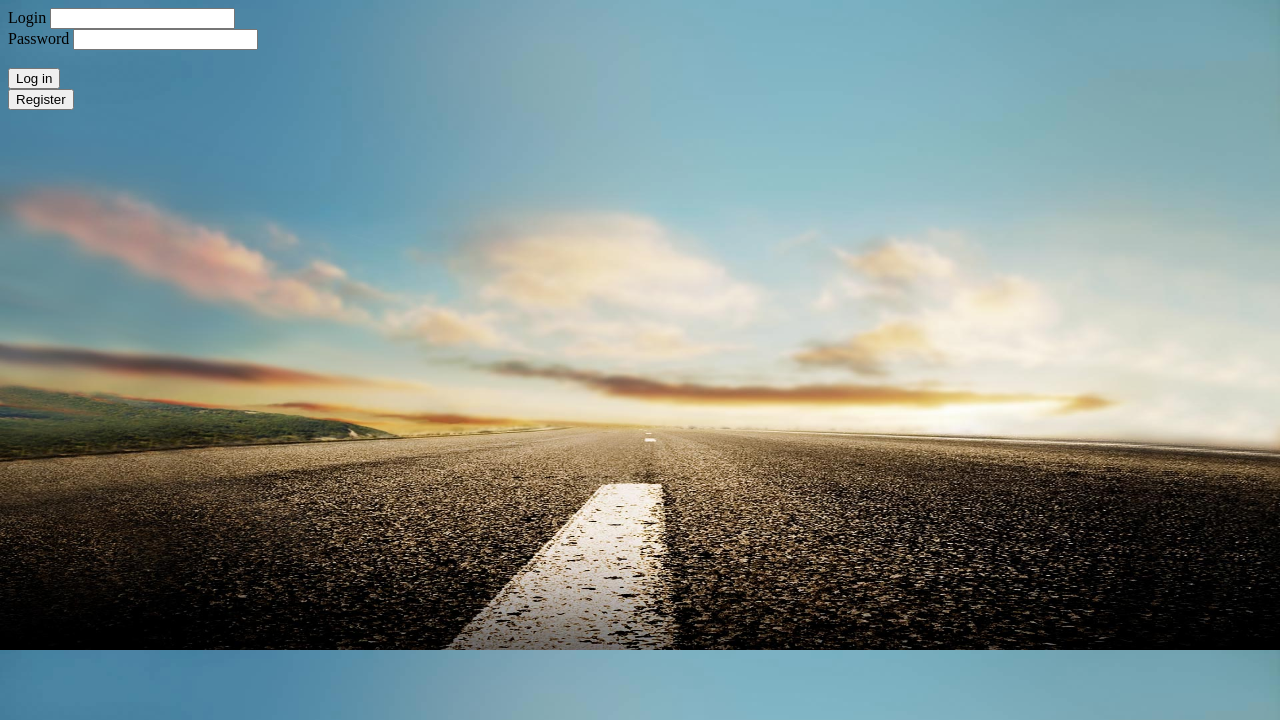
Repository: zlenyk/wrzucak
Page: http://localhost/Shop/index.html
The author's editor kept a copy of each file at every save. The page is drawn from the files as they stood at one save, then again after the next save.
The browser window is 1280 px wide. The pictures show the whole page.
The page is served by Tomcat 9.

Above is the page before, as saved 2013-09-24 10:31:53.

After the next save:
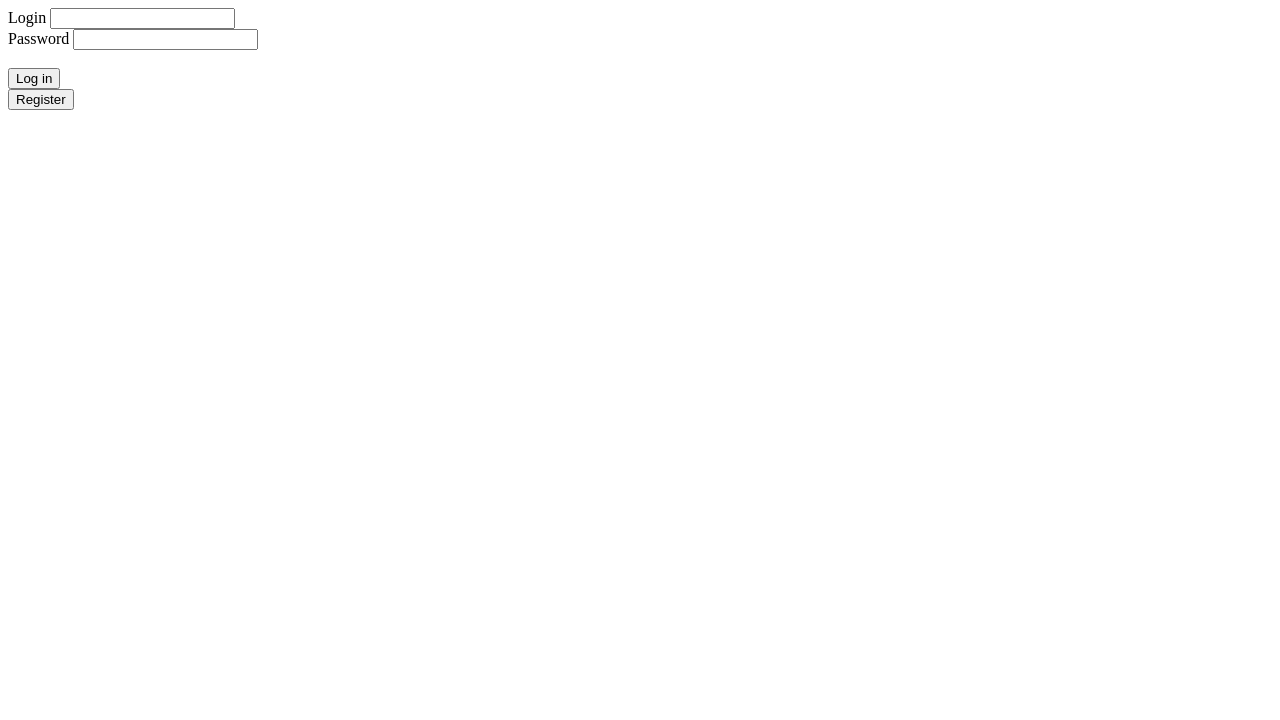
Saved 7 s later.
--- a/Shop/WebContent/style.css
+++ b/Shop/WebContent/style.css
@@ -1,6 +1,6 @@
 @CHARSET "UTF-8";
 
-body {
+.back {
 	background-image:url("images/running_background.jpg");
 	background-size:100% 650px;
 }
